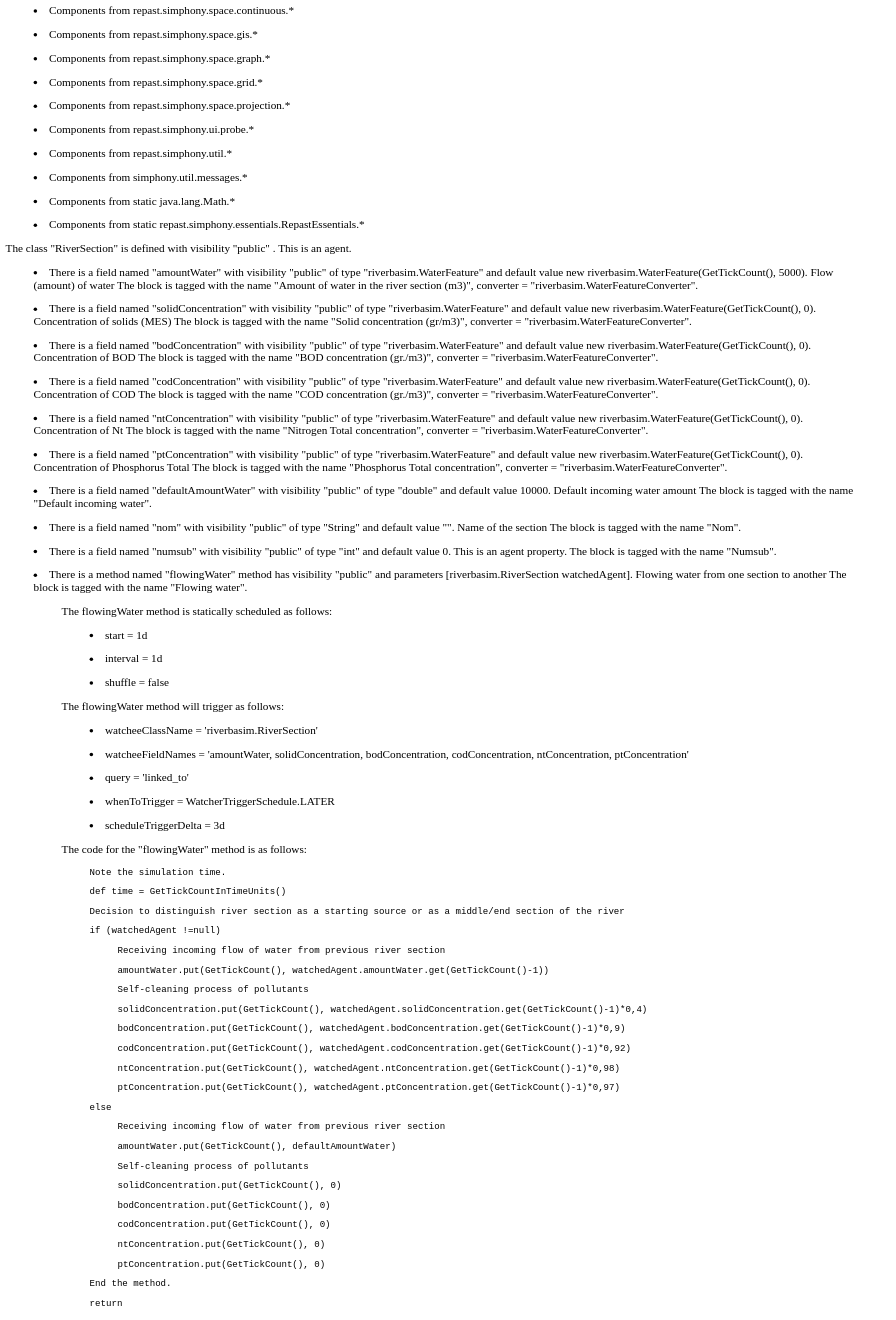
Repository: kemlg/RiverBaSim
Page: RiverBaSim/docs/.RiverSection.html
An editor plug-in stored every save of this project. The page is shown before and after the next save, followed by the edit.
The browser window is 1280 px wide. The pictures show the part of the page from y = 1055 to 2975 px (the page is 2941 px tall before and 2975 px after), at 70% of full size.

Above is the page before, as saved 2013-07-20 12:33:53.

### RiverBaSim/docs/.RiverSection.html
<HTML><FONT FACE=Arial, Verdana, Sans><TITLE>RiverSection.agent</TITLE><BODY><STYLE TYPE="text/css"><!--.centeralign <BLOCKQUOTE>text-align:center</BLOCKQUOTE>--></STYLE><HEAD><P CLASS="centeralign">RiverSection.agent</P></HEAD>The package name is "bin.riverbasim".</p>
The following external code is referenced:<BLOCKQUOTE></p>
<li>Components from java.io.*</li></p>
<li>Components from java.math.*</li></p>
<li>Components from java.util.*</li></p>
<li>Components from javax.measure.unit.*</li></p>
<li>Components from org.jscience.mathematics.number.*</li></p>
<li>Components from org.jscience.mathematics.vector.*</li></p>
<li>Components from org.jscience.physics.amount.*</li></p>
<li>Components from repast.simphony.adaptation.neural.*</li></p>
<li>Components from repast.simphony.adaptation.regression.*</li></p>
<li>Components from repast.simphony.context.*</li></p>
<li>Components from repast.simphony.context.space.continuous.*</li></p>
<li>Components from repast.simphony.context.space.gis.*</li></p>
<li>Components from repast.simphony.context.space.graph.*</li></p>
<li>Components from repast.simphony.context.space.grid.*</li></p>
<li>Components from repast.simphony.engine.environment.*</li></p>
<li>Components from repast.simphony.engine.schedule.*</li></p>
<li>Components from repast.simphony.engine.watcher.*</li></p>
<li>Components from repast.simphony.groovy.math.*</li></p>
<li>Components from repast.simphony.integration.*</li></p>
<li>Components from repast.simphony.matlab.link.*</li></p>
<li>Components from repast.simphony.query.*</li></p>
<li>Components from repast.simphony.query.space.continuous.*</li></p>
<li>Components from repast.simphony.query.space.gis.*</li></p>
<li>Components from repast.simphony.query.space.graph.*</li></p>
<li>Components from repast.simphony.query.space.grid.*</li></p>
<li>Components from repast.simphony.query.space.projection.*</li></p>
<li>Components from repast.simphony.parameter.*</li></p>
<li>Components from repast.simphony.random.*</li></p>
<li>Components from repast.simphony.space.continuous.*</li></p>
<li>Components from repast.simphony.space.gis.*</li></p>
<li>Components from repast.simphony.space.graph.*</li></p>
<li>Components from repast.simphony.space.grid.*</li></p>
<li>Components from repast.simphony.space.projection.*</li></p>
<li>Components from repast.simphony.ui.probe.*</li></p>
<li>Components from repast.simphony.util.*</li></p>
<li>Components from simphony.util.messages.*</li></p>
<li>Components from static java.lang.Math.*</li></p>
<li>Components from static repast.simphony.essentials.RepastEssentials.*</li></p>
</BLOCKQUOTE><P></p>
The class "RiverSection" is defined with visibility "public" . This is an agent.</p>
 <BLOCKQUOTE></p>
</p>
    <li>There is a field named "amountWater" with visibility "public" of type "riverbasim.WaterFeature" and default value new riverbasim.WaterFeature(GetTickCount(), 5000). Flow (amount) of water The block is tagged with the name "Amount of water in the river section (m3)", converter = "riverbasim.WaterFeatureConverter".</li></p>
</p>
    <li>There is a field named "solidConcentration" with visibility "public" of type "riverbasim.WaterFeature" and default value new riverbasim.WaterFeature(GetTickCount(), 0). Concentration of solids (MES) The block is tagged with the name "Solid concentration (gr/m3)", converter = "riverbasim.WaterFeatureConverter".</li></p>
</p>
    <li>There is a field named "bodConcentration" with visibility "public" of type "riverbasim.WaterFeature" and default value new riverbasim.WaterFeature(GetTickCount(), 0). Concentration of BOD The block is tagged with the name "BOD concentration (gr./m3)", converter = "riverbasim.WaterFeatureConverter".</li></p>
</p>
    <li>There is a field named "codConcentration" with visibility "public" of type "riverbasim.WaterFeature" and default value new riverbasim.WaterFeature(GetTickCount(), 0). Concentration of COD The block is tagged with the name "COD concentration (gr./m3)", converter = "riverbasim.WaterFeatureConverter".</li></p>
</p>
    <li>There is a field named "ntConcentration" with visibility "public" of type "riverbasim.WaterFeature" and default value new riverbasim.WaterFeature(GetTickCount(), 0). Concentration of Nt The block is tagged with the name "Nitrogen Total concentration", converter = "riverbasim.WaterFeatureConverter".</li></p>
</p>
    <li>There is a field named "ptConcentration" with visibility "public" of type "riverbasim.WaterFeature" and default value new riverbasim.WaterFeature(GetTickCount(), 0). Concentration of Phosphorus Total The block is tagged with the name "Phosphorus Total concentration", converter = "riverbasim.WaterFeatureConverter".</li></p>
</p>
    <li>There is a field named "defaultAmountWater" with visibility "public" of type "double" and default value 10000. Default incoming water amount The block is tagged with the name "Default incoming water".</li></p>
</p>
    <li>There is a field named "nom" with visibility "public" of type "String" and default value "". Name of the section The block is tagged with the name "Nom".</li></p>
</p>
    <li>There is a field named "numsub" with visibility "public" of type "int" and default value 0. This is an agent property. The block is tagged with the name "Numsub".</li></p>
</p>
    </p>
    </p>
        <li>There is a method named "flowingWater" method has visibility     "public" and parameters [riverbasim.RiverSection watchedAgent]. Flowing water from one section to another The block is tagged with the name "Flowing water".</li></p>
    </p>
    </p>
    <BLOCKQUOTE>The flowingWater method is statically scheduled as follows:<BLOCKQUOTE></p>
        <li>start = 1d</li></p>
        <li>interval = 1d</li></p>
        <li>shuffle = false</li></p>
    </BLOCKQUOTE></BLOCKQUOTE></p>
    <BLOCKQUOTE>The flowingWater method will trigger as follows:<BLOCKQUOTE></p>
        <li>watcheeClassName = 'riverbasim.RiverSection'</li></p>
        <li>watcheeFieldNames = 'amountWater, solidConcentration, bodConcentration, codConcentration, ntConcentration, ptConcentration'</li></p>
        <li>query = 'linked_to'</li></p>
        <li>whenToTrigger = WatcherTriggerSchedule.LATER</li></p>
        <li>scheduleTriggerDelta = 3d</li></p>
    </BLOCKQUOTE></BLOCKQUOTE></p>
 <BLOCKQUOTE>The code for the "flowingWater" method is as follows:<BLOCKQUOTE><CODE></p>
</p>
</p>
         Note the simulation time.</p>
        def time = GetTickCountInTimeUnits()</p>
</p>
</p>
         Decision to distinguish river section as a starting source or as a middle/end section of the river</p>
        if (watchedAgent !=null) <BLOCKQUOTE></p>
</p>
             Receiving incoming flow of water from previous river section</p>
            amountWater.put(GetTickCount(), watchedAgent.amountWater.get(GetTickCount()-1))</p>
             Self-cleaning process of pollutants</p>
            solidConcentration.put(GetTickCount(), watchedAgent.solidConcentration.get(GetTickCount()-1)*0,4)</p>
            bodConcentration.put(GetTickCount(), watchedAgent.bodConcentration.get(GetTickCount()-1)*0,9)</p>
            codConcentration.put(GetTickCount(), watchedAgent.codConcentration.get(GetTickCount()-1)*0,92)</p>
            ntConcentration.put(GetTickCount(), watchedAgent.ntConcentration.get(GetTickCount()-1)*0,98)</p>
            ptConcentration.put(GetTickCount(), watchedAgent.ptConcentration.get(GetTickCount()-1)*0,97)</p>
</p>
        </BLOCKQUOTE> else  <BLOCKQUOTE></p>
</p>
             Receiving incoming flow of water from previous river section</p>
            amountWater.put(GetTickCount(), defaultAmountWater)</p>
             Self-cleaning process of pollutants</p>
            solidConcentration.put(GetTickCount(), 0)</p>
            bodConcentration.put(GetTickCount(), 0)</p>
            codConcentration.put(GetTickCount(), 0)</p>
            ntConcentration.put(GetTickCount(), 0)</p>
            ptConcentration.put(GetTickCount(), 0)</p>
</p>
        </BLOCKQUOTE></p>
         End the method.</p>
        return</p>
</p>
    </BLOCKQUOTE></BLOCKQUOTE></CODE></p>
</p>
</p>
</p>
</BLOCKQUOTE></p>
</p>
</BODY></HTML>

After the next save:
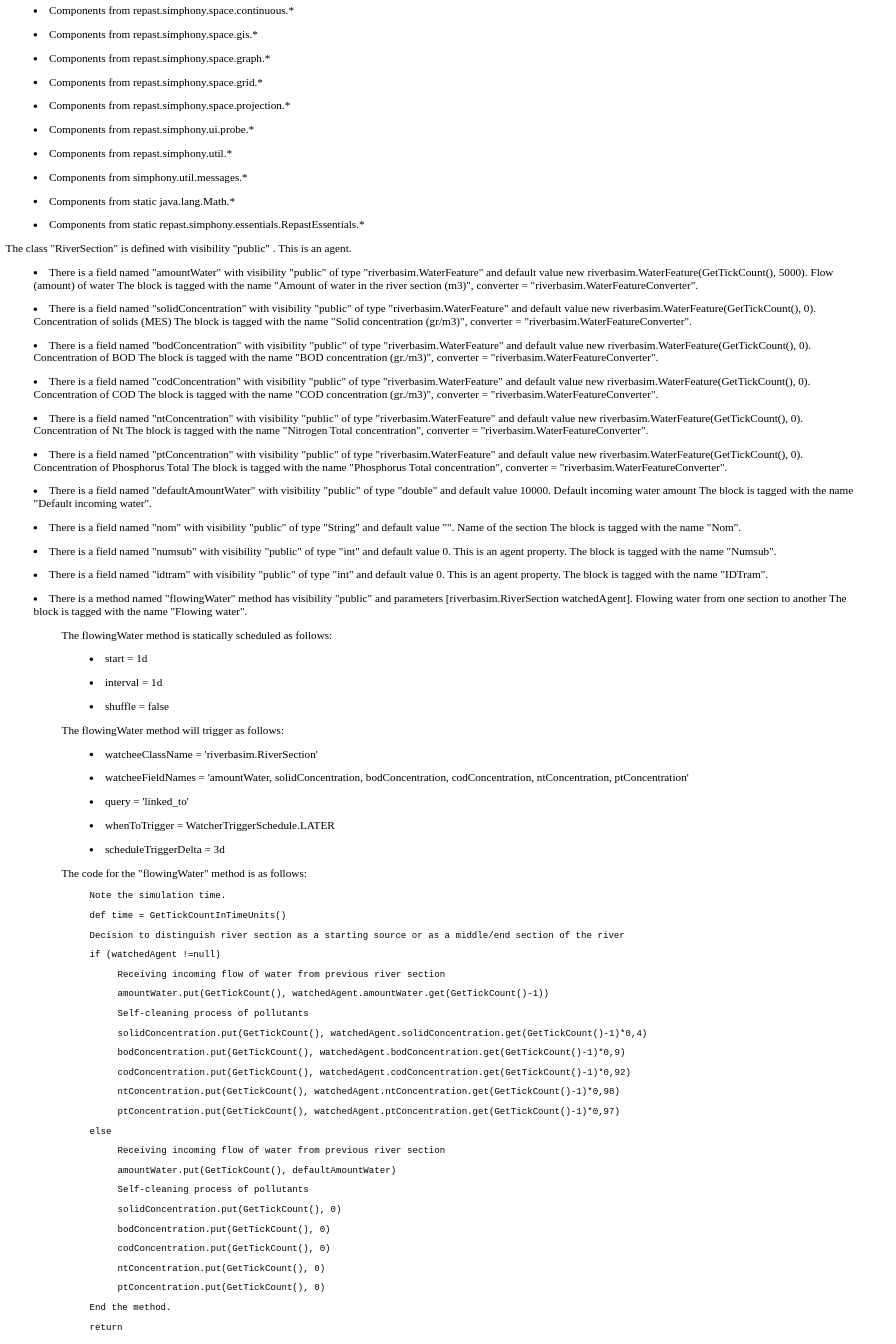
Saved 7 s later.
--- a/RiverBaSim/docs/.RiverSection.html
+++ b/RiverBaSim/docs/.RiverSection.html
@@ -60,6 +60,8 @@ The class "RiverSection" is defined with visibility "public" . This is an agent.
 </p>
     <li>There is a field named "numsub" with visibility "public" of type "int" and default value 0. This is an agent property. The block is tagged with the name "Numsub".</li></p>
 </p>
+    <li>There is a field named "idtram" with visibility "public" of type "int" and default value 0. This is an agent property. The block is tagged with the name "IDTram".</li></p>
+</p>
     </p>
     </p>
         <li>There is a method named "flowingWater" method has visibility     "public" and parameters [riverbasim.RiverSection watchedAgent]. Flowing water from one section to another The block is tagged with the name "Flowing water".</li></p>
